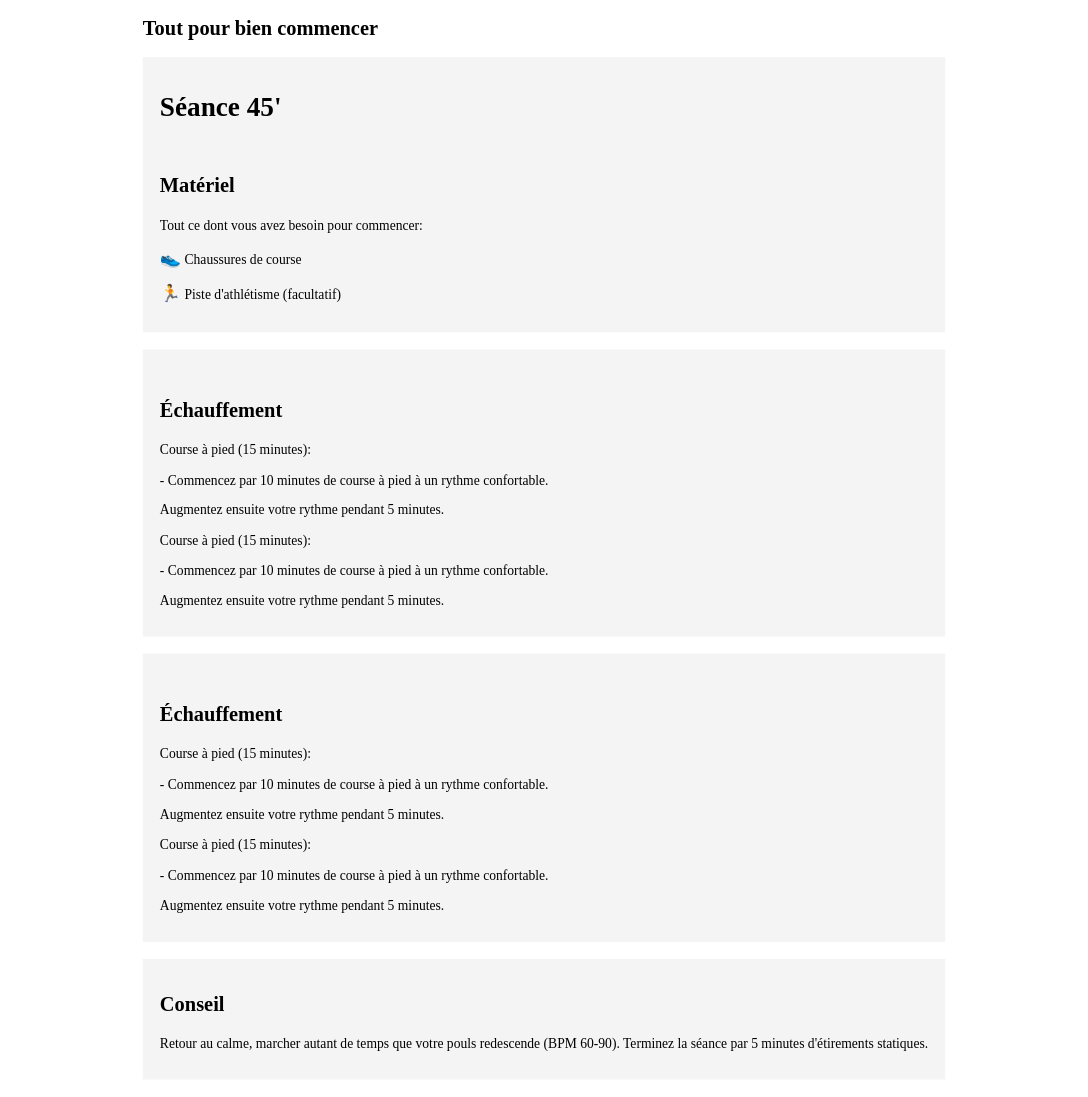
Repository: AdilGHAZAL/MosaiqueWebdoc
Page: /
The author's editor kept a copy of each file at every save. The page is drawn from the files as they stood at one save, then again after the next save.
The browser window is 1280 px wide. The pictures show the whole page, at 85% of full size.
Some web fonts or font styles are not loaded; a fallback is used. The project was rebuilt for these pictures with package versions that can differ from the ones it lists, and the page was loaded fresh each time. Also part of the build but not shown: vite.config.js, src/App.css, src/components/Navbar.css, src/components/Navbar.jsx, src/components/Athletes.css, src/components/Athletes.jsx, src/components/Athletes2.jsx, src/components/Athletes3.jsx and 18 more.

Above is the page before, as saved 2024-05-02 16:17:49.

After the next save:
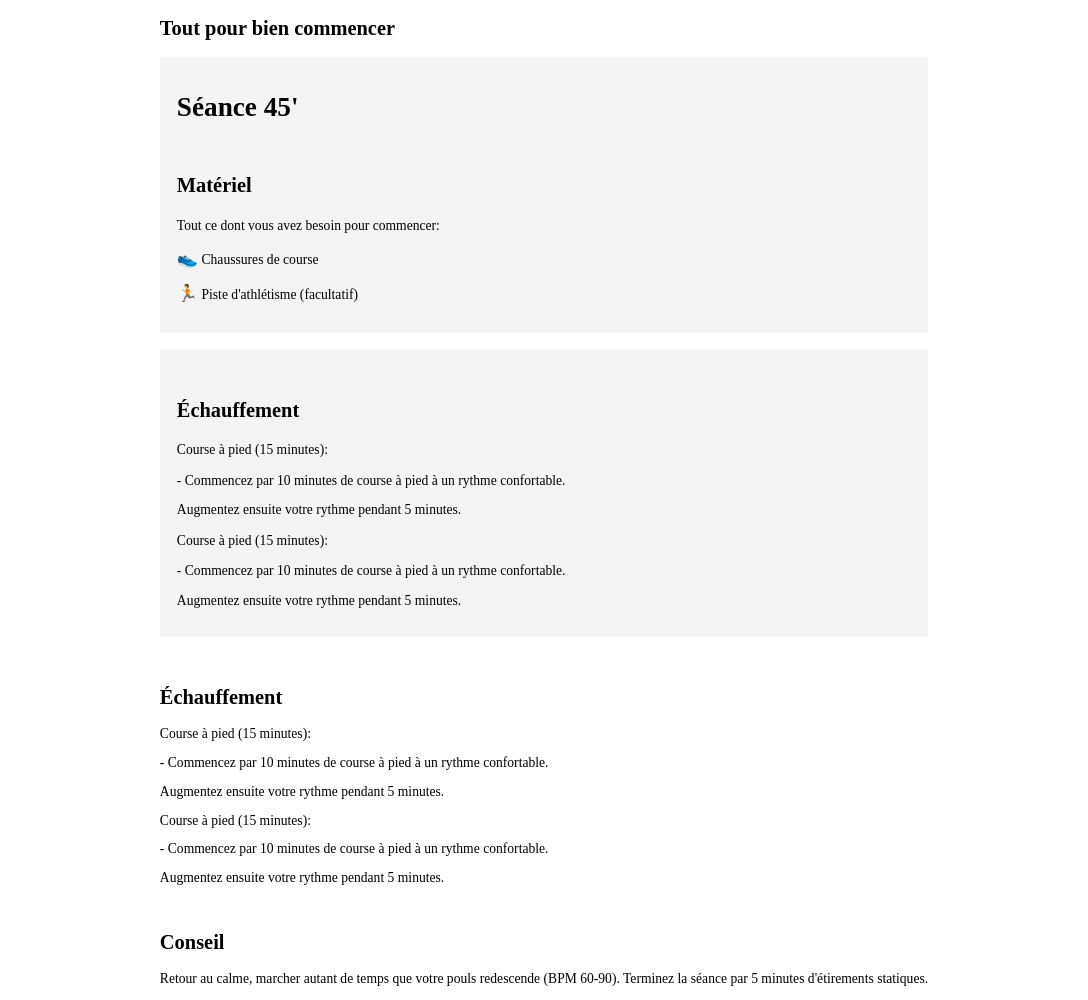
Saved 51 s later.
--- a/src/TrainingPage.jsx
+++ b/src/TrainingPage.jsx
@@ -39,7 +39,7 @@
         </span>
       </div>
 
-      <div className="section training">
+      <div className="sectionTraining">
       <img src="" alt="" />
         <h2>Échauffement</h2>
         <span>
@@ -60,7 +60,8 @@
         </span>
       </div>
 
-      <div className="section advice">
+      <div className="sectionAdvice">
+        <img src="" alt="" />
         <h2>Conseil</h2>
         <p>Retour au calme, marcher autant de temps que votre pouls redescende (BPM 60-90). Terminez la séance par 5 minutes d'étirements statiques.</p>
       </div>
